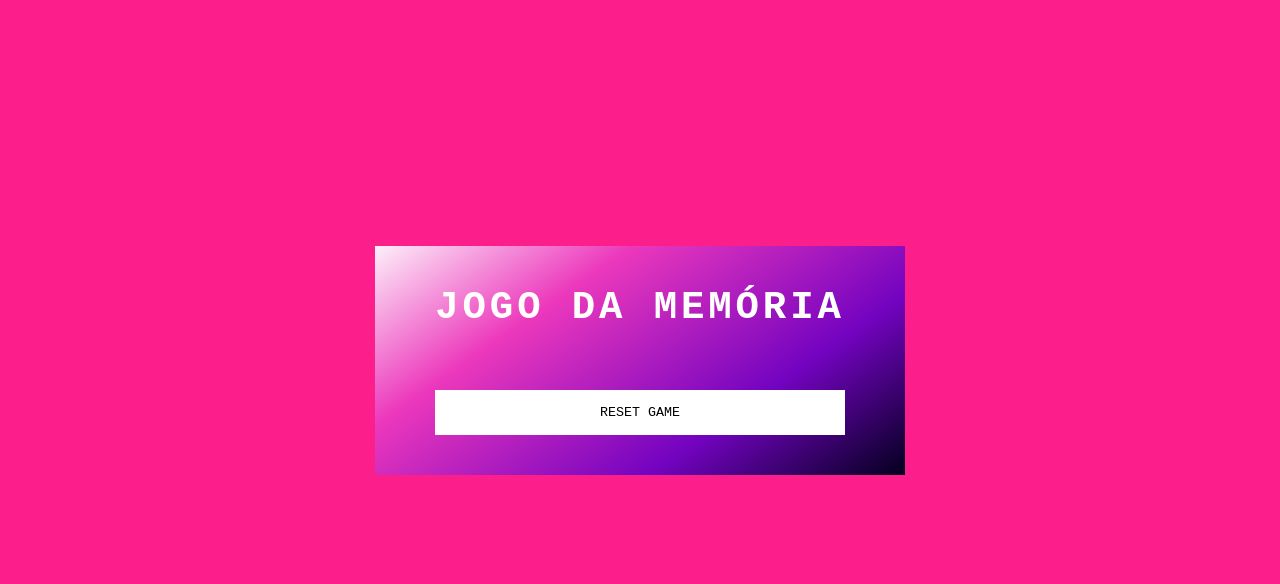
Repository: Zoemateus324/memory-game
Page: index.html
An editor plug-in stored every save of this project. The page is shown before and after the next save, followed by the edit.
The browser window is 1280 px wide. The pictures show the whole page.

Above is the page before, as saved 2024-11-27 08:20:19.

### index.html
<!DOCTYPE html>
<html lang="pt-br">

<head>
    <meta charset="UTF-8">
    <meta name="viewport" content="width=device-width, initial-scale=1.0">
    <title>Memory Game</title>
    <link rel="stylesheet" href="./src/styles/reset.css">
    <link rel="stylesheet" href="./src/styles/main.css">
</head>

<body>
    <div class="container">
        <h2>Jogo da Memória</h2>
        <div class="game">

        </div>
        <button class="reset" onclick="window.location.reload()">RESET GAME</button>
    </div>



    <script src="./src/scripts/engine.js" defer></script>
</body>

</html>

### src/styles/reset.css
*{
    margin:0;
    padding:0;
    outline:none;
    box-sizing:border-box;
    font-family:monospace;
}

### src/styles/main.css
body{
    display:flex;
    justify-content:center;
    align-items:center;
    min-height:100vh;
    background:#fc1e8a;
}


.container{
    position:relative;
    display:flex;
    flex-direction:column;
    justify-content:center;
    align-items:center;
    gap:30px;
    background:linear-gradient(
        325deg,
        #03001e 0%,
        #7303c0 30%,
        #ec38bc 70%,
        #fdeff9 100%
    );
    padding:40px 60px;
}


h2{
    font-size:3em;
    color: #fff;
    text-transform:uppercase;
    letter-spacing:0.1em;
}


.reset{
    padding:15px 20px;
    width:100%;
    color:#000;
    background-color:#fff;
    border:none;
    font-family:1.5em;
}

Loaded but not shown: src/scripts/engine.js (no stored copy; drawn as an empty file)

After the next save:
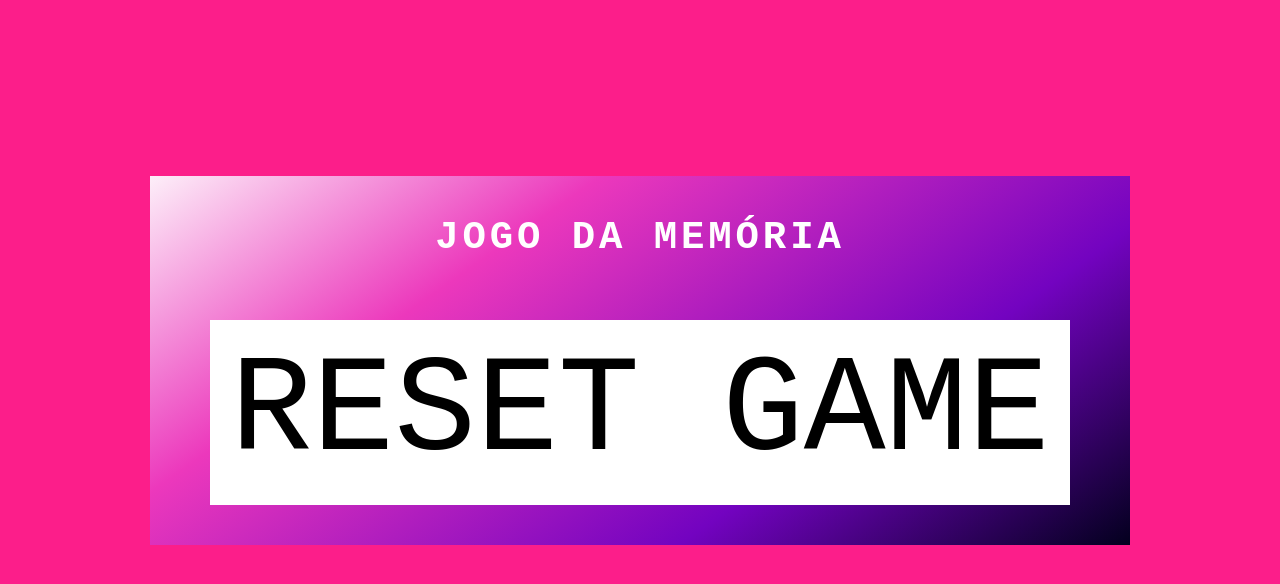
Saved 20 s later.
--- a/src/styles/main.css
+++ b/src/styles/main.css
@@ -39,5 +39,5 @@ h2{
     color:#000;
     background-color:#fff;
     border:none;
-    font-family:1.5em;
+    font-size:10.5em;
 }
